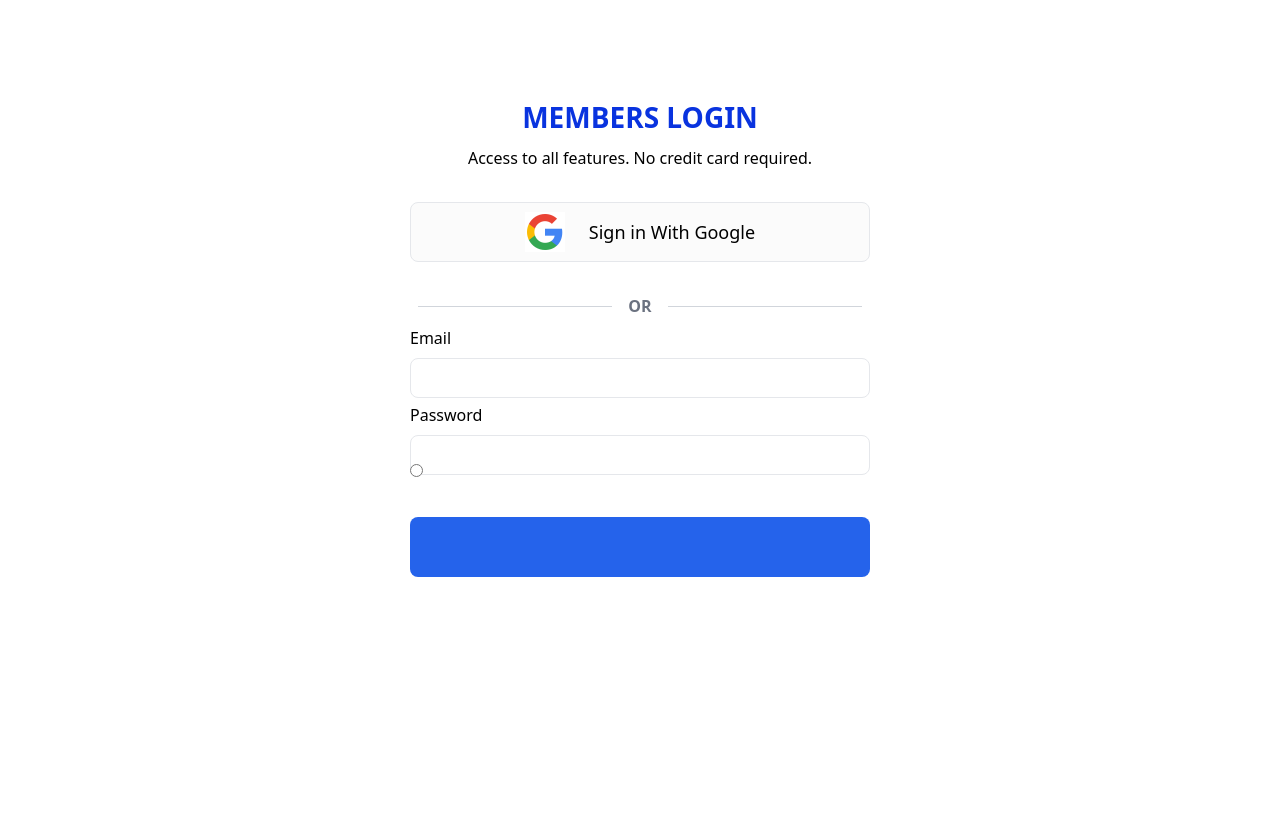
Repository: MaramMaryam/login
Page: login.html
The author's editor kept a copy of each file at every save. The page is drawn from the files as they stood at one save, then again after a run of saves.
The browser window is 1280 px wide. The pictures show the whole page.
Some web libraries are served in a nearby version.

Above is the page before, as saved 2023-06-29 11:44:20.

After the next 3 saves:
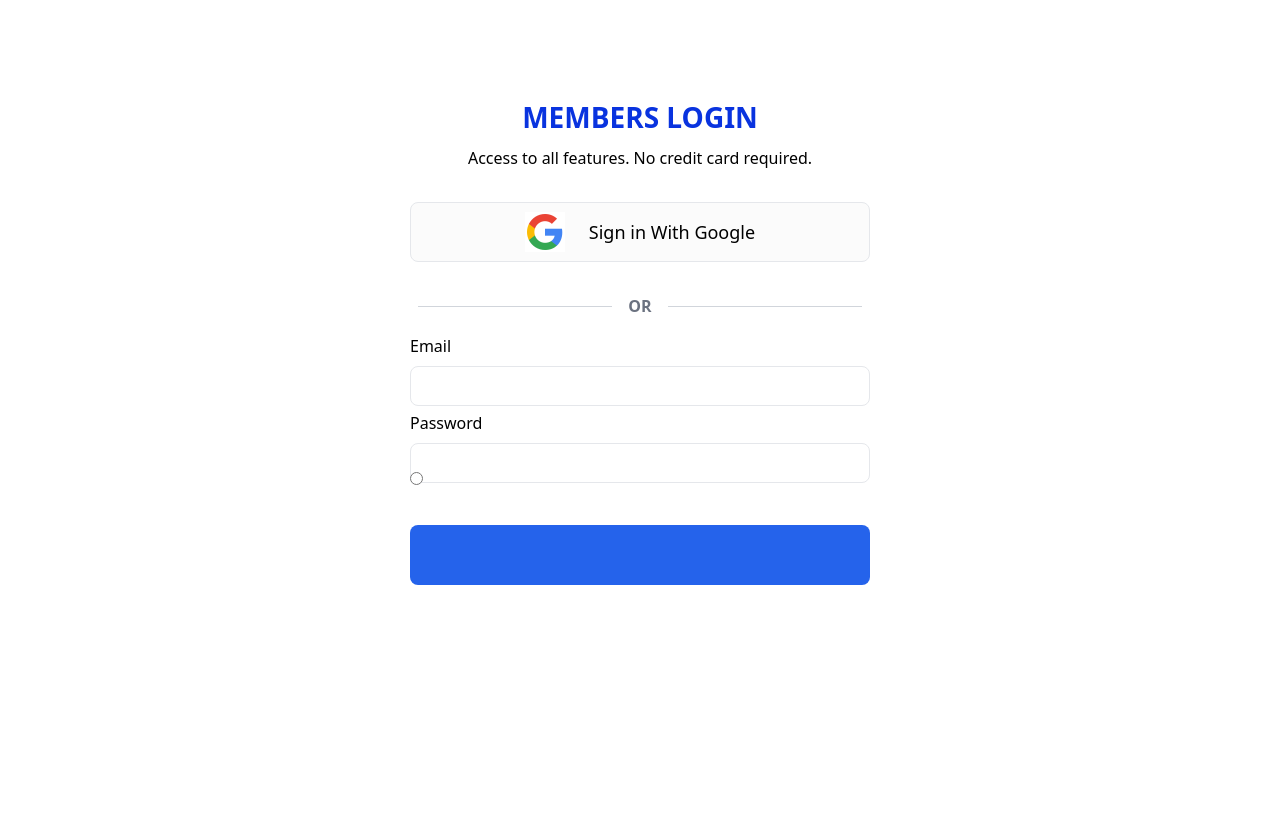
The 3 saves are shown as one change because they came seconds apart.
The last was saved 71 s later.
--- a/login.html
+++ b/login.html
@@ -42,7 +42,7 @@
         </div>
         <form class="w-full">
             <div class="h-[45px] my-2 mb-8">
-                <div class="flex flex-col">
+                <div class="flex flex-col my-4">
                     <label class="mb-2">Email</label>
                     <div
                         class="flex bg-white items-center border border-alto-main rounded-[8px]"

After the save that followed:
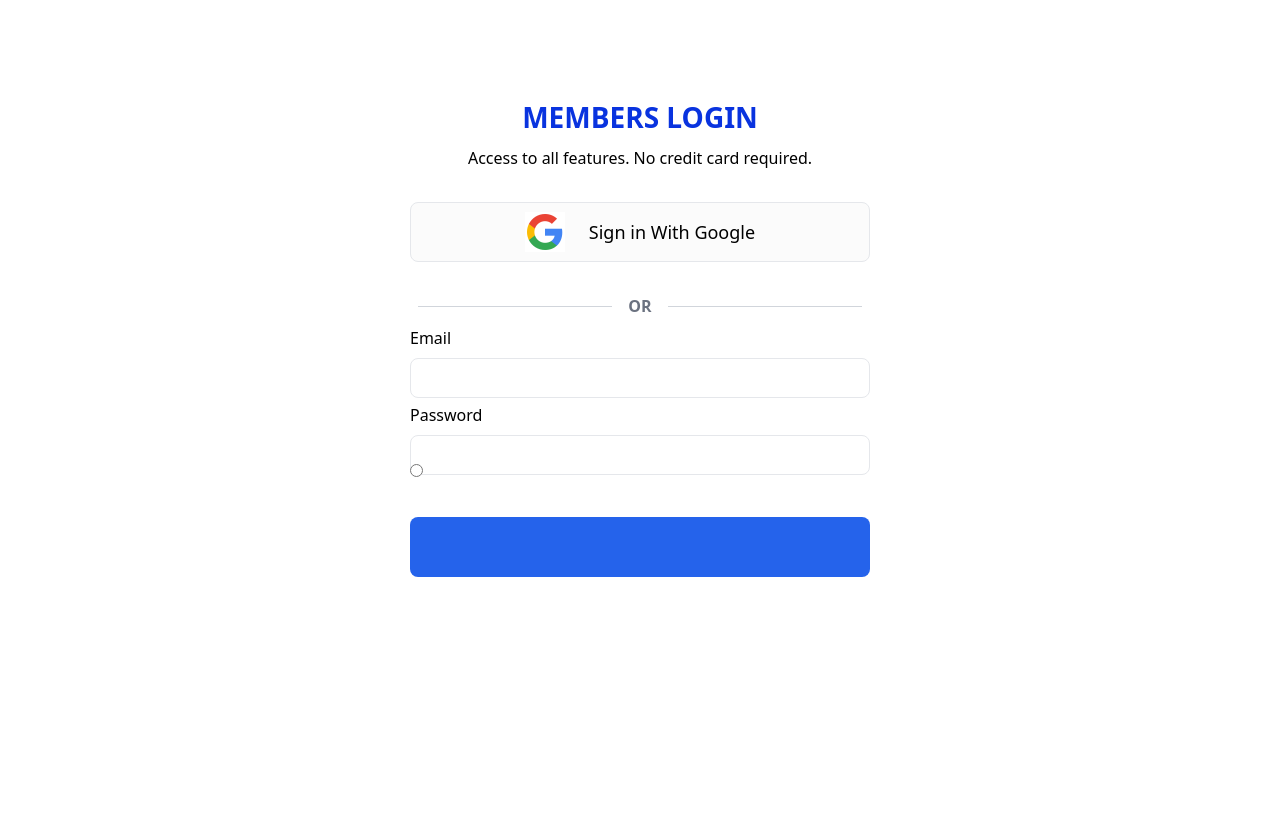
Saved 28 s later.
--- a/login.html
+++ b/login.html
@@ -42,7 +42,7 @@
         </div>
         <form class="w-full">
             <div class="h-[45px] my-2 mb-8">
-                <div class="flex flex-col my-4">
+                <div class="flex flex-col">
                     <label class="mb-2">Email</label>
                     <div
                         class="flex bg-white items-center border border-alto-main rounded-[8px]"
